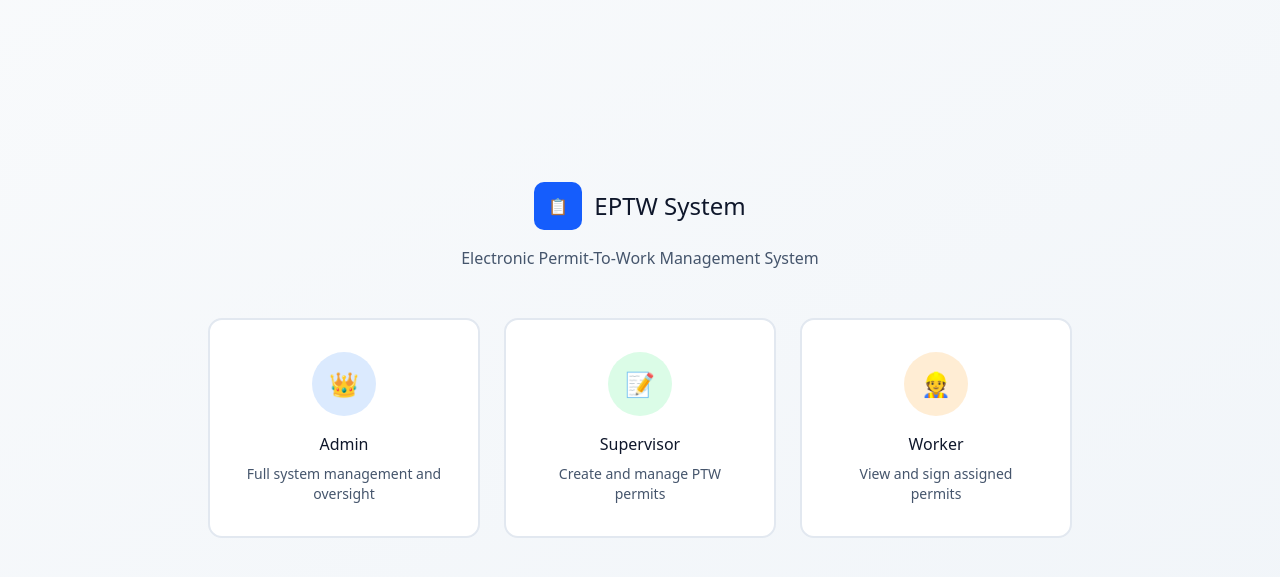
Repository: anamika-webdev/EPTW-Amazon-UI
Page: /
These files come from the project's save history. The page is drawn as it stood at one moment and after the next save; the edit follows.
The browser window is 1280 px wide. The pictures show the whole page.
The project was rebuilt for these pictures with package versions that can differ from the ones it lists, and the page was loaded fresh each time. Also part of the build but not shown: vite.config.ts, src/components/shared/StatCard.tsx, src/components/shared/StatusBadge.tsx, src/lib/mockData.ts, src/components/admin/AdminDashboard.tsx, src/components/ui/utils.ts, src/components/ui/button.tsx, src/components/ui/dialog.tsx and 20 more.

Above is the page before, as saved 2025-11-20 11:28:52.

After the next save:
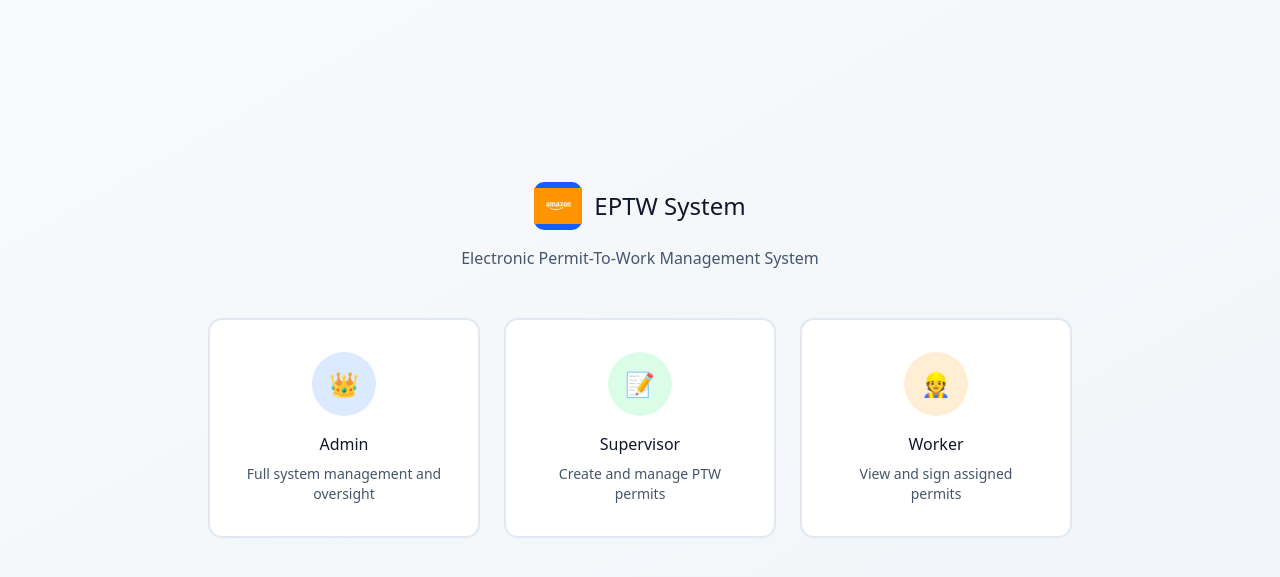
Saved 47 s later.
--- a/src/App.tsx
+++ b/src/App.tsx
@@ -48,7 +48,7 @@
           <div className="text-center mb-8 md:mb-12">
             <div className="inline-flex items-center gap-3 mb-4">
               <div className="w-12 h-12 bg-blue-600 rounded-lg flex items-center justify-center">
-                <span className="text-white">📋</span>
+                <img src="logo.jpg" alt="EPTW logo" className="w-15 h-15 object-contain" />
               </div>
               <h1 className="text-slate-900">EPTW System</h1>
             </div>
